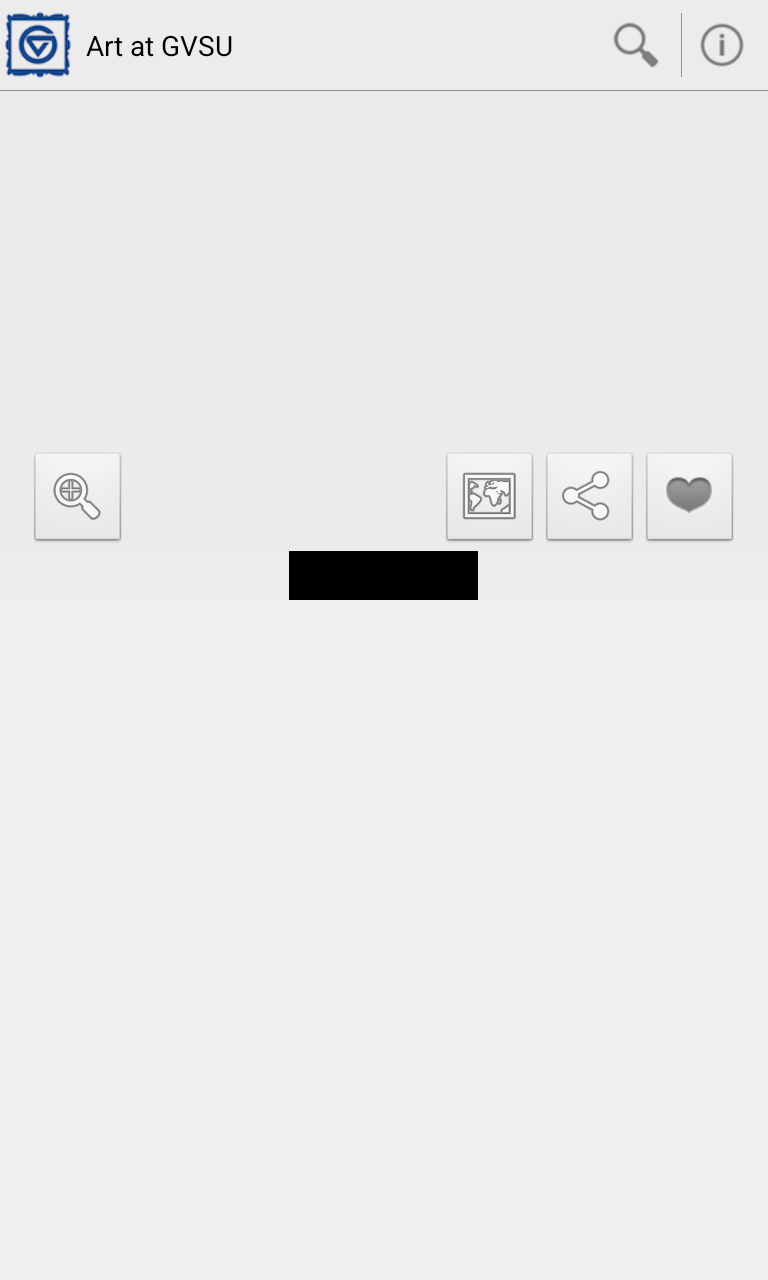
Repository: markminuth/Art-at-GVSU-Android-edition
Layout: version1.0/res/layout/artdetails.xml
The author's editor kept a copy of each file at every save. The layout is drawn from the files as they stood at one save, then again after the next save.
It is drawn on a 768 x 1280 px phone screen (xhdpi) without system bars, with theme android:Theme.NoTitleBar; the app's code is not run. Lists and similar views that code fills are empty.

Above is the layout before, as saved 2012-04-19 22:11:01.

After the next save:
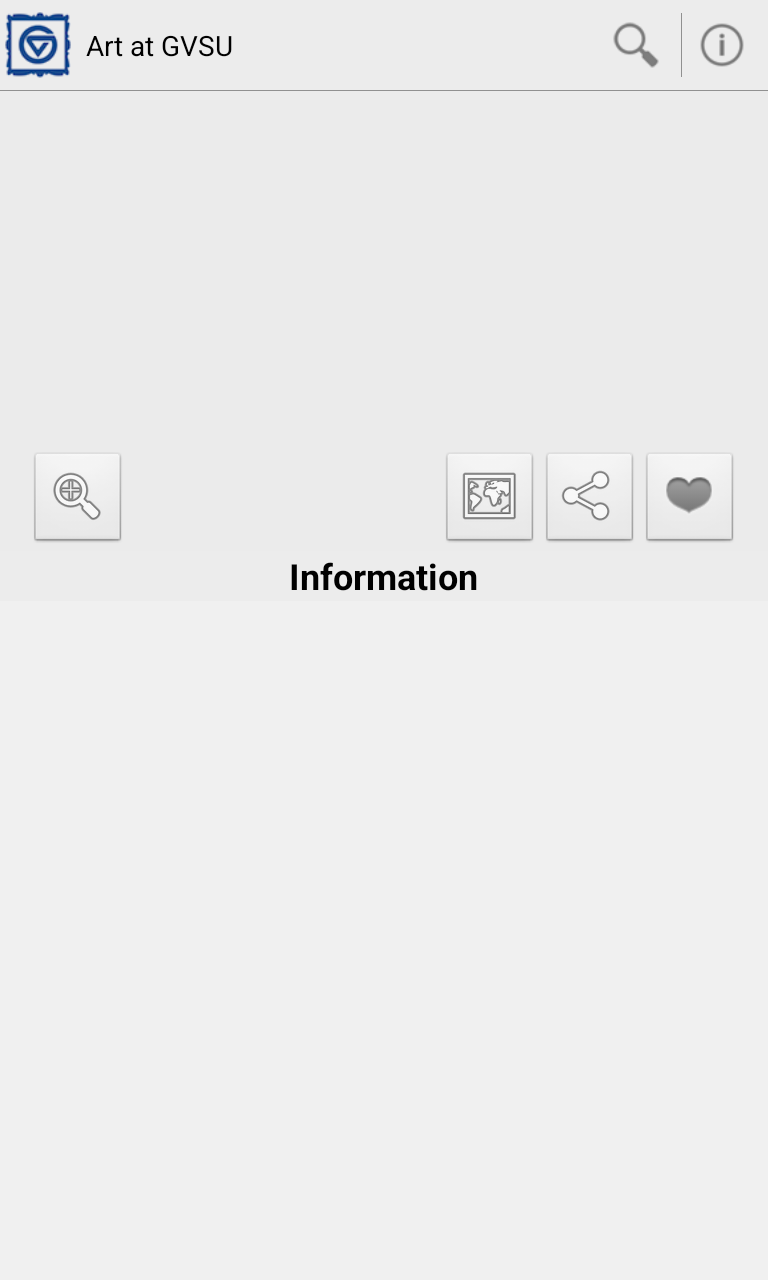
Saved 19 s later.
--- a/version1.0/res/layout/artdetails.xml
+++ b/version1.0/res/layout/artdetails.xml
@@ -176,7 +176,7 @@
             android:layout_height="wrap_content"
             android:layout_centerHorizontal="true"
             android:layout_centerVertical="true"
-            android:background="#000000"
+            android:background="#ECECEC"
             android:text="Information"
             android:textStyle="bold"
             android:textSize="18dp"
@@ -188,7 +188,7 @@
             android:layout_height="wrap_content"
             android:layout_centerHorizontal="true"
             android:layout_centerVertical="true"
-            android:background="#000000"
+            android:background="#ECECEC"
             android:text="Information"
             android:textStyle="bold"
             android:textSize="18dp"
